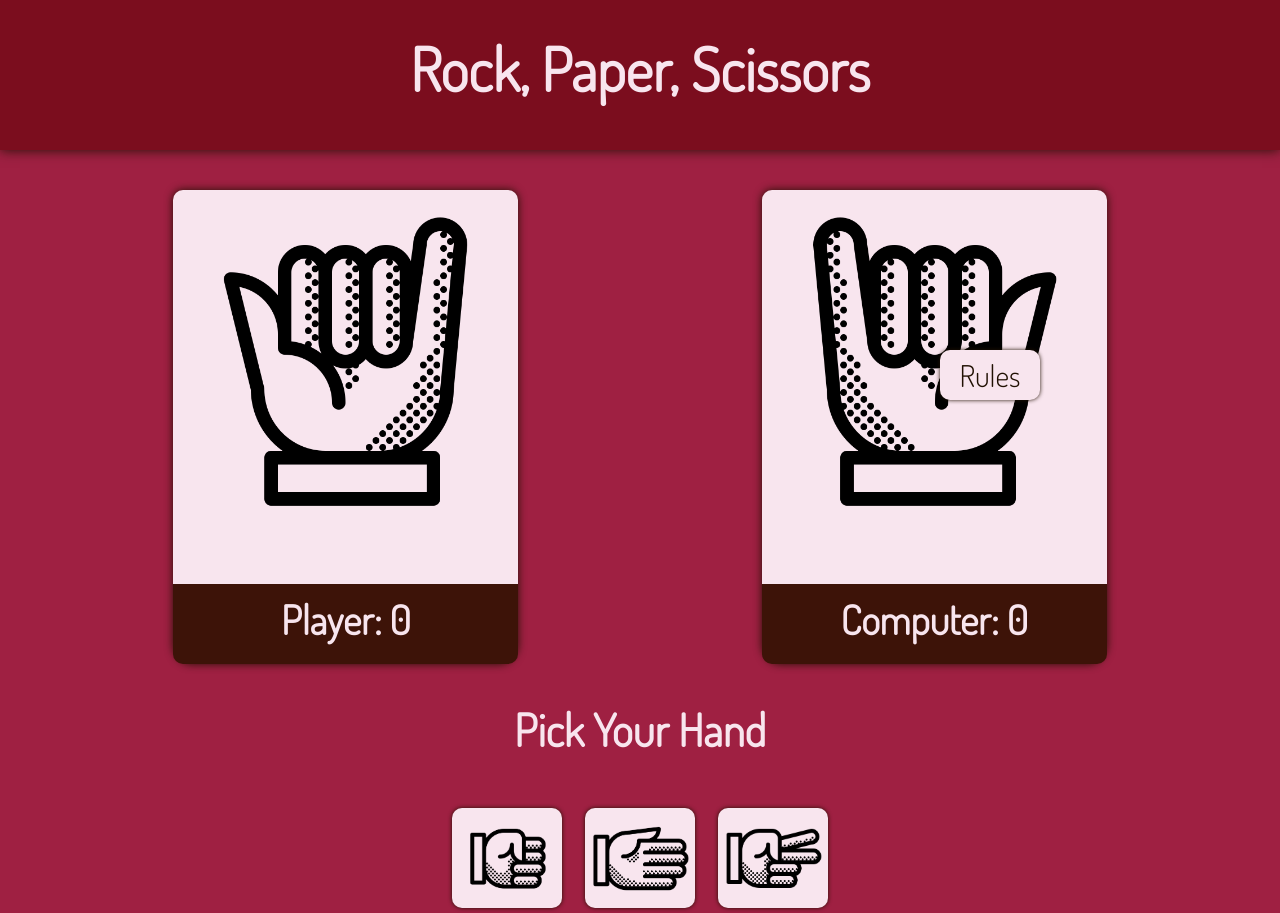
Repository: shayanabedi98/rock-paper-scissors
Page: index.html
These files come from the project's save history. The page is drawn as it stood at one moment and after a run of saves; the edit follows.
The browser window is 1280 px wide. The pictures show the whole page.

Above is the page before, as saved 2023-07-14 19:58:10.

### index.html
<!DOCTYPE html>
<html lang="en">
<head>
    <meta charset="UTF-8">
    <meta name="viewport" content="width=device-width, initial-scale=1.0">
    <title>Rock, Paper, Scissors</title>
    <link rel="preconnect" href="https://fonts.googleapis.com">
    <link rel="preconnect" href="https://fonts.gstatic.com" crossorigin>
    <link href="https://fonts.googleapis.com/css2?family=Dosis:wght@300&display=swap" rel="stylesheet">
    <link rel="stylesheet" href="styles.css">
</head>
<body>

    <div class="header">
        <h1>Rock, Paper, Scissors</h1>
    </div>
    <div class="rules-btn">
        <button>Rules</button>
    </div>
    <div class="container">
        <div class="card">
            <div class="player">
                <img src="resources/startleft.png" alt="Starting image before game">
                <h3>Player: 0</h3>
            </div>
        </div>
        <div class="card">
            <div class="computer">
                <img src="resources/start.png" alt="Starting image before game">
                <h3>Computer: 0</h3>
            </div>
        </div>
    </div>
    <div class="caption">
        <h2>Pick Your Hand</h2>
    </div>
    <div class="button-container">
        <button class="btn" id="rock"><img src="resources/rockleft.png" alt="rock option"></button>
        <button class="btn" id="paper"><img src="resources/paperleft.png" alt="paper option"></button>
        <button class="btn" id="scissors"><img src="resources/scissorsleft.png" alt="scissors option"></button>
    </div>
    <div class="rules">
        <h1>Rules</h1>
        <p>Rock beats Scissors. <br>Paper beats Rock. <br>Scissors beats Paper. <br>You(Player) vs Computer. <br>Best 3/5 wins. <br>Simple enough?</p>
        <button>Close</button>
    </div>
    <script src="index.js"></script>
</body>
</html>

### styles.css
body {
    font-family:'Dosis', sans-serif;
    margin: 0;
    padding: 0;
    background-color: #9F2042;
    color: #F8E5EE;
}

h1 {
    font-size: 60px;
    margin-top: 0;

}

.header {
    text-align: center;
    background-color: #7B0D1E;
    height: 120px;
    padding-top: 30px;
    box-shadow: 0 0 12px 0 #211103;
}

.rules-btn {
    text-align: center;

}

.rules-btn button {
    font-family: 'Dosis', sans-serif;
    font-size: 30px;
    font-family: 'Dosis', sans-serif;
    background-color: #F8E5EE;
    color: #211103;
    width: 100px;
    height: 50px;
    cursor: pointer;
    border: 0;
    border-radius: 10px;
    box-shadow: 0 0 4px 0 #211103;
    position: absolute;
    margin-top: 200px;
    transform: translateX(300px);
}

.caption {
    text-align: center;
    font-size: 30px;
}

.container {
    text-align: center;
    display: block;
    margin-top: 40px;
}

.card {
    display: inline-block;
    background-color: #F8E5EE;
    box-shadow: 0 0 8px 0 #211103;
    margin: 0 120px;
    border-radius: 10px 10px 20px 20px;
}

.card img {
    height: 350px;
    width: 345px;
}

.card h3 {
    font-size: 40px;
    color: #F8E5EE;
    background-color: #3D1308;
    margin-bottom: 0;
    height: 70px;
    padding-top: 10px;
    border-radius: 0  0 10px 10px;
}

.button-container {
    text-align: center;
    margin-top: 50px;
}

#rock, #paper, #scissors {
    font-family: 'Dosis', sans-serif;
    background-color: #F8E5EE;
    color: #211103;
    width: 110px;
    height: 100px;
    cursor: pointer;
    border: 0;
    border-radius: 10px;
    box-shadow: 0 0 4px 0 #211103;
    margin: 0 10px;
}

#rock img, #paper img, #scissors img {
    height: 100px;
}

#rock:hover, #paper:hover, #scissors:hover {
    box-shadow: 0 0 10px 0 #211103;
}

#rock:active, #paper:active, #scissors:active, #rock img:active, #paper img:active, #scissors img:active {
    box-shadow: none;
    height: 99px;
}

.rules {
    background-color: #F8E5EE;
    color: #211103;
    position: absolute;
    box-shadow: 0 0 10px 0 #211103;
    border-radius: 10px;
    text-align: center;
    margin-left: 40%;
    transform: translateY(-600px);
    width: 20%;
    z-index: 1;
    height: 450px;
}

.rules p {
    font-size: 30px;
}

.rules button {
    font-family: 'Dosis', sans-serif;
    font-size: 26px;
    font-weight: 600;
    background-color: #F8E5EE;
    width: 80px;
    border: 0;
    text-decoration: overline;
    cursor: pointer;
}

.winner {
    text-align: center;
    margin-top: 350px;
}

.winner button {
    font-family: 'Dosis', sans-serif;
    font-size: 40px;
    font-family: 'Dosis', sans-serif;
    background-color: #F8E5EE;
    color: #211103;
    width: 200px;
    height: 100px;
    cursor: pointer;
    border: 0;
    border-radius: 10px;
    box-shadow: 0 0 4px 0 #211103;
    margin-top: 50px;
}

### index.js
var scoreP = 0;
var scoreC = 0;
var winner = document.querySelector('.winner h1');
var caption = document.querySelector('.caption h2');
var rock = document.querySelector('#rock');
var paper = document.querySelector('#paper');
var scissors = document.querySelector('#scissors');
var computer = document.querySelector('.computer img');
var player = document.querySelector('.player img');
var btn = document.querySelectorAll('.btn');
var playerPick;
var computerPick;
var rules = document.querySelector('.rules');
var rulesClose = document.querySelector('.rules button');
var rulesButton = document.querySelector('.rules-btn button');

rules.style.visibility = 'hidden';

rulesButton.addEventListener('click', function() {
    rules.style.opacity = '100';
    rules.style.transition = "0.8s"
    rules.style.visibility = 'visible';
});

rulesClose.addEventListener('click', function() {
    rules.style.visibility = 'hidden';
    rules.style.opacity = '0';
    rules.style.transition = "0.8s"
});

function rng() {
    return Math.floor(Math.random() * 3) + 1;
};

rock.addEventListener('click', function() {
    player.src = 'resources/rockleft.png';
    playerPick = 'rock';
});
paper.addEventListener('click', function() {
    player.src = 'resources/paperleft.png';
    playerPick = 'paper';
});
scissors.addEventListener('click', function() {
    player.src = 'resources/scissorsleft.png';
    playerPick = 'scissors';
});

for (let i = 0; i < btn.length; i ++){
    btn[i].addEventListener('click', function() {
        rng();
        if (rng() === 1) {
            computer.src = 'resources/rock.png';
            computerPick = 'rock';
        } else if (rng() === 2) {
            computer.src = 'resources/paper.png';
            computerPick = 'paper';
        } else if (rng() === 3) {
            computer.src = 'resources/scissors.png';
            computerPick = 'scissors';
        }

        if (playerPick === computerPick) {
            caption.innerHTML = 'Tie!';
        }

        else if ((playerPick === 'rock' && computerPick === 'paper') || (playerPick === 'scissors' && computerPick === 'rock') || (playerPick === 'paper' && computerPick === 'scissors')) {
            caption.innerHTML = 'Point for Computer!';
            scoreC ++;
        }

        else if ((playerPick === 'rock' && computerPick === 'scissors') || (playerPick === 'scissors' && computerPick === 'paper') || (playerPick === 'paper' && computerPick === 'rock')) {
            caption.innerHTML = 'Point for Player!';
            scoreP ++;
        }

        document.querySelector('.player h3').innerHTML = 'Player: ' + scoreP;
        document.querySelector('.computer h3').innerHTML = 'Computer: ' + scoreC;

        if (scoreC === 3) {
            window.location.replace('./loser.html');
        } else if (scoreP === 3) {
            window.location.replace('./winner.html');
        }
    });
};

function playAgain() {
    window.location.replace('./index.html');
}

After the next 2 saves:
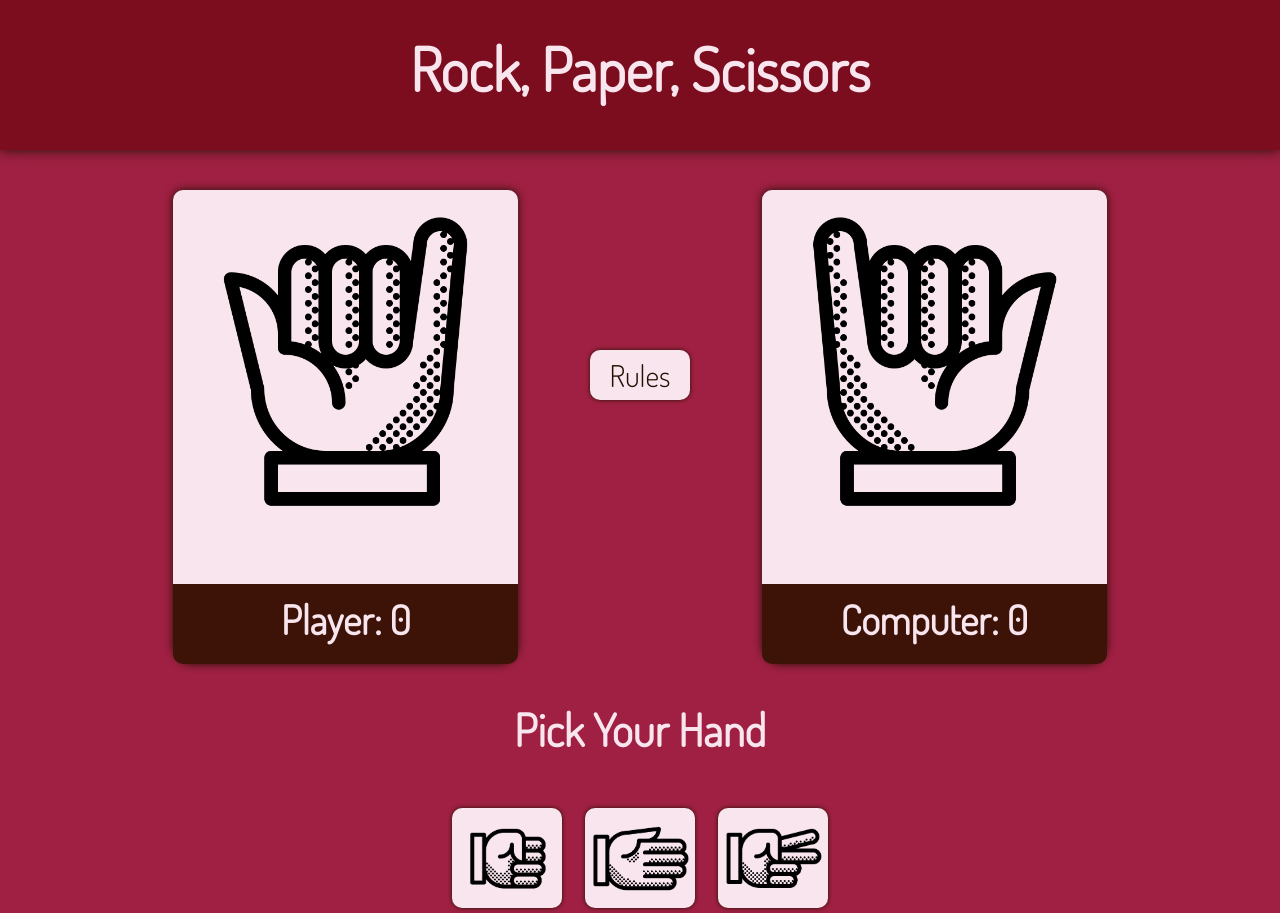
The 2 saves are shown as one change because they came seconds apart.
The last was saved 9 s later.
--- a/styles.css
+++ b/styles.css
@@ -39,7 +39,7 @@ h1 {
     box-shadow: 0 0 4px 0 #211103;
     position: absolute;
     margin-top: 200px;
-    transform: translateX(300px);
+    transform: translateX(-50px);
 }
 
 .caption {
